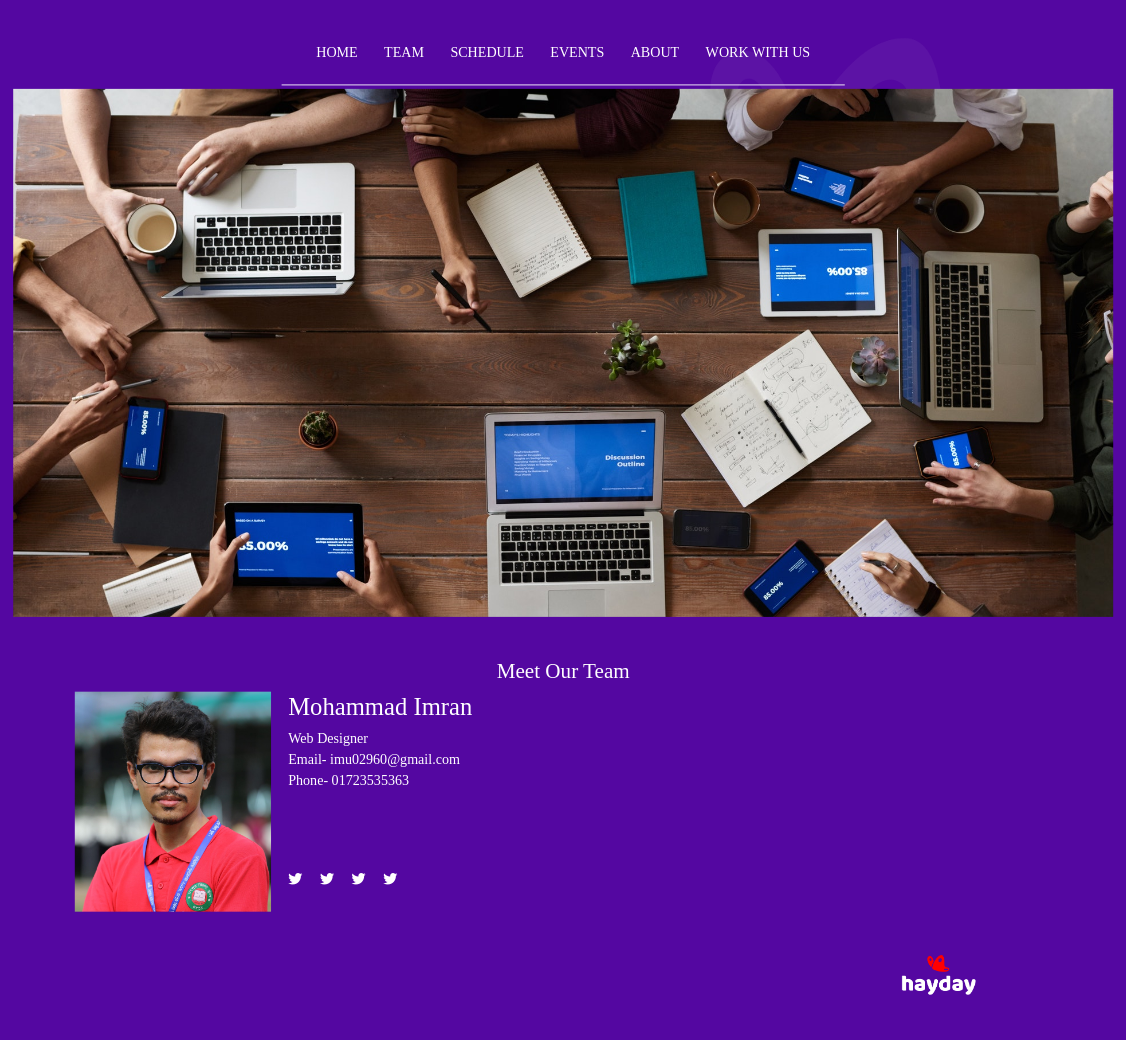
Repository: im1971/company-web
Page: team.html
These files come from the project's save history. The page is drawn as it stood at one moment and after the next save; the edit follows.
The browser window is 1280 px wide. The pictures show the whole page, at 88% of full size.
Some web fonts or font styles are not loaded; a fallback is used.

Above is the page before, as saved 2020-01-27 17:36:30.

### team.html
<!DOCTYPE html>
<html>

<head>
    <title>hayday</title>
    <link rel="shortcut icon" type="img/x-icon" href="img/fav.png" />
    <link rel="stylesheet" href="css/mdb.min.css">
    <link rel="stylesheet" href="css/bootstrap.min.css">
    <link rel="stylesheet" href="css/fontawesome.min.css">
    <link rel="stylesheet" href="css/all.min.css">
    <link rel="stylesheet" href="css/style.css">
    <!-- fonts -->
    <link href="https://fonts.googleapis.com/css?family=Baloo+Bhai&display=swap" rel="stylesheet">
    <!-- fonts -->

</head>

<body>

    <div class="wrap_hayday">
        <div class="back_img"></div>
        <div class="container-fluid">
            <div class="row justify-content-center pb-1">
                <div class="col-md-12">
                    <nav class="navbar navbar-expand-lg">
                        <button class="navbar-toggler" type="button" data-toggle="collapse" data-target="#navbarSupportedContent" aria-controls="navbarSupportedContent" aria-expanded="false" aria-label="Toggle navigation">
                          <span class="navbar-toggler-icon"></span>
                        </button>

                        <div class="collapse navbar-collapse" id="navbarSupportedContent">

                            <ul class="navbar-nav m-auto text-uppercase">
                                <li class="nav-item active">
                                    <a class="nav-link" href="index.html">Home</a>
                                </li>
                                <li class="nav-item">
                                    <a class="nav-link" href="team.html">Team</a>
                                </li>
                                <li class="nav-item">
                                    <a class="nav-link" href="#">SCHEDULE</a>
                                </li>
                                <li class="nav-item">
                                    <a class="nav-link" href="#">Events</a>
                                </li>
                                <li class="nav-item">
                                    <a class="nav-link" href="#">About</a>
                                </li>
                                <li class="nav-item">
                                    <a class="nav-link" href="workWithUs.html">Work With us</a>
                                </li>
                            </ul>
                        </div>
                    </nav>
                </div>
                <div class="col-md-6 border_deco pt-3"></div>
            </div>
            <div class="row justify-content-center team">
                <div class="col-md-12 grid">
                    <div class="team_image"></div>
                </div>
                <div class="col-md-12 mt-5">
                    <div class="container">
                        <h4 class="text-center">Meet Our Team</h4>
                        <div class="custom_border"></div>
                        <div class="row team_deco">
                            <div class="col-md-6">
                                <div class="row">
                                    <div class="col-md-5 pr-0">
                                        <div class="team_member_image"></div>
                                    </div>
                                    <div class="col-md-7 pl-0">
                                        <!-- <div class="card"> -->
                                        <div class="card-body">
                                            <h3>Mohammad Imran</h3>
                                            <p>Web Designer</p>
                                            <p>Email- imu02960@gmail.com</p>
                                            <p>Phone- 01723535363</p>
                                            <ul>
                                                <li><i class="fab fa-twitter"></i></li>
                                                <li><i class="fab fa-twitter"></i></li>
                                                <li><i class="fab fa-twitter"></i></li>
                                                <li><i class="fab fa-twitter"></i></li>
                                            </ul>
                                        </div>
                                        <!-- <div class="card-footer"> -->

                                        <!-- </div> -->
                                        <!-- </div> -->
                                    </div>
                                </div>
                            </div>
                        </div>
                    </div>
                </div>
            </div>
            <div class="row justify-content-end my-5">
                <div class="col-md-4 m-autp">
                    <div class="middle_body">
                        <div class="logo">
                            <img src="img/logo.png" alt="" style="height: 50px">
                        </div>
                        <!-- <p>Read about our Inspiration</p> -->
                    </div>
                </div>
            </div>
        </div>
    </div>
    </div>



    <!-- <script src="https://code.jquery.com/jquery-3.4.1.slim.min.js" integrity="sha384-J6qa4849blE2+poT4WnyKhv5vZF5SrPo0iEjwBvKU7imGFAV0wwj1yYfoRSJoZ+n" crossorigin="anonymous"></script>
    <script src="https://cdn.jsdelivr.net/npm/popper.js@1.16.0/dist/umd/popper.min.js" integrity="sha384-Q6E9RHvbIyZFJoft+2mJbHaEWldlvI9IOYy5n3zV9zzTtmI3UksdQRVvoxMfooAo" crossorigin="anonymous"></script>
    <script src="https://stackpath.bootstrapcdn.com/bootstrap/4.4.1/js/bootstrap.min.js" integrity="sha384-wfSDF2E50Y2D1uUdj0O3uMBJnjuUD4Ih7YwaYd1iqfktj0Uod8GCExl3Og8ifwB6" crossorigin="anonymous"></script> -->

    <script type="text/javascript" src="js/jquery.min.js"></script>
    <!-- Bootstrap tooltips -->
    <script type="text/javascript" src="js/popper.min.js"></script>
    <!-- Bootstrap core JavaScript -->
    <script type="text/javascript" src="js/bootstrap.min.js"></script>
    <!-- MDB core JavaScript -->
    <script type="text/javascript" src="js/mdb.min.js"></script>


</body>

</html>

### css/style.css
body {
    padding: 0;
    margin: 0;
    background: #5407A1 !important;
    color: #fff !important;
    font-family: 'Baloo Bhai', cursive;
    position: relative;
}


/* global */

html {
    overflow: scroll;
    overflow-x: hidden;
}

::-webkit-scrollbar {
    width: 0px;
    /* Remove scrollbar space */
    background: transparent;
    /* Optional: just make scrollbar invisible */
}


/* Optional: show position indicator in red */

::-webkit-scrollbar-thumb {
    background: #FF0000;
}


/* global */

.back_img {
    background-image: url(../img/back.png);
    height: 350px;
    width: 600px;
    position: absolute;
    background-position: center center;
    background-size: cover;
    opacity: 5%;
    /* top: 30%; */
    right: 0;
}


/* header */

.wrap_hayday .navbar {
    box-shadow: none;
}

.wrap_hayday .container-fluid {
    min-height: 100vh;
}

.wrap_hayday nav .nav-link {
    padding-right: 15px !important;
    padding-left: 15px !important;
    color: #fff;
    font-family: 'Baloo Bhai', cursive;
}

.wrap_hayday .border_deco {
    border-bottom: .25px solid #fff;
}

.wrap_hayday nav .nav-link:hover {
    color: #FF0000;
    transition-duration: 0.5s;
}

.wrap_hayday .navbar {
    padding: 40px;
    padding-bottom: 0;
}


/* header */


/* middle body */

.wrap_hayday .middle_body {
    text-align: center;
}

.wrap_hayday .middle_body .logo img {
    /* background-image: url(logo.png); */
    height: 100px;
}

.wrap_hayday .others_page_middle {
    text-align: center;
    position: absolute;
    right: 30px;
    bottom: 0;
}

.wrap_hayday .others_page_middle img {
    height: 70px;
}


/* middle body */


/* footer-body */

.myprogress {
    min-width: 100%;
    margin: 0px auto;
    text-align: center;
}

.myprogress .circle {
    display: inline-block;
    background: #fff;
    width: 50px;
    height: 50px;
    border-radius: 80px;
    border: 1px solid #d5d5da;
    cursor: pointer;
}

.myprogress .circle:hover {
    background: #FF0000;
    color: #5407A1;
    transition-duration: 0.5s;
}

.myprogress .bar {
    position: relative;
    width: 100px;
    padding-right: 15px;
    font-family: none;
    /* height: 2px; */
    /* top: 10px; */
    /* border: 0px solid #fff; */
}

.myprogress .circle .label {
    display: inline-block;
    width: 40px;
    height: 40px;
    line-height: 30px;
    border-radius: 40px;
    font-size: 24px;
}

.myprogress .circle .title {
    color: #5407A1;
    font-size: 24px;
    line-height: 50px;
    cursor: pointer;
}

.myprogress .circle .title:hover {
    color: #fff;
}

.myprogress i {
    font-size: 11px;
}

.myprogress .abc {
    animation: pulse 1s infinite;
    color: #FF0000;
}

.myprogress .pulse {
    -webkit-animation-duration: 3s;
    -webkit-animation-delay: 2s;
    -webkit-animation-iteration-count: 5;
}


/* footer-body */


/* about hayday */

.accordion .card-header {
    padding: 0;
    background: #5407A1;
    margin-bottom: 0;
}

.accordion .card-header .btn-link {
    color: #fff;
    padding: 0;
}

.accordion .card {
    border: none;
    border-radius: 0;
}

.accordion i {
    position: absolute;
    right: 10px;
    top: 5px;
}

.accordion p {
    color: #000;
    font-family: serif;
    font-size: 15px;
}

.accordion h4 {
    color: #000;
    font-family: serif;
    font-weight: 700 !important;
    font-size: 22px;
}


/* about hayday */


/* work with us */

.outreach table.table th,
table.table td {
    padding: 3px 20px;
    color: #fff;
    border: none;
    font-family: auto;
}


/* work with us */


/* team */

.team .team_image {
    background-image: url(../img/team/team-back.jpg);
    height: 600px;
    background-position: center center;
    background-size: cover;
}

.team_deco .team_member_image {
    background-image: url(../img/team/management/imran.jpg);
    height: 250px;
    background-size: cover;
    /* width: 200px; */
}

.team_deco .card-body {
    color: #fff;
    font-family: auto;
    height: 250px;
    padding-top: 0;
}

.team_deco p {
    margin-bottom: 0;
}

.team_deco ul {
    padding-left: 0;
    margin-bottom: 0;
    display: flex;
    list-style-type: none;
    position: absolute;
    bottom: 10%;
    color: #fff;
}

.team_deco ul li {
    padding-right: 20px;
}


/* team */

.sponsor_footer p {
    font-family: auto;
    font-size: 14px;
}

.sponsor_footer p b {
    color: #FF0000;
}

Loaded but not shown: css/mdb.min.css (library); css/bootstrap.min.css (library); css/fontawesome.min.css (library); css/all.min.css (library); js/jquery.min.js (library); js/popper.min.js (library); js/bootstrap.min.js (library); js/mdb.min.js (library)

After the next save:
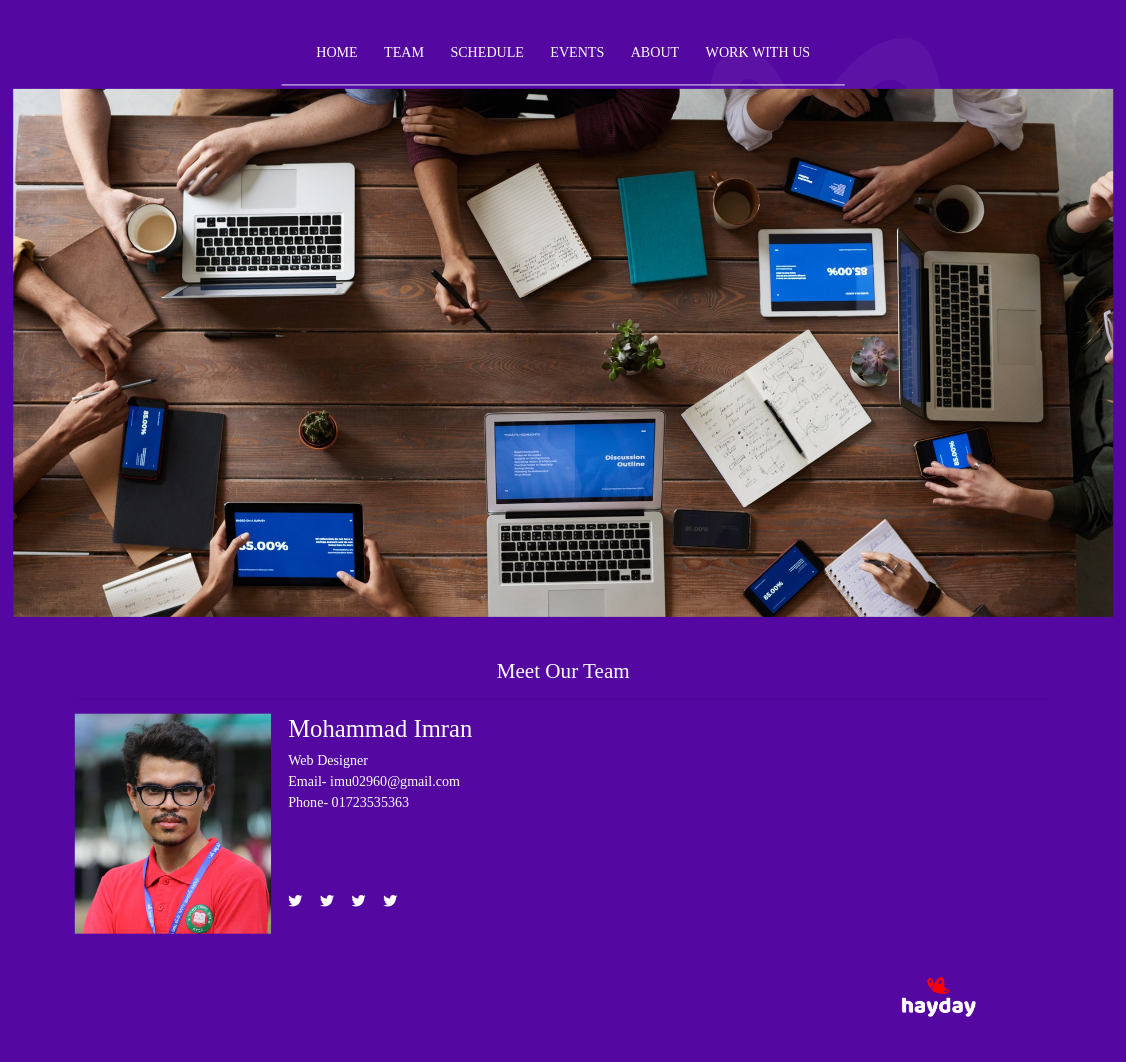
Saved 2 min 15 s later.
--- a/team.html
+++ b/team.html
@@ -61,7 +61,7 @@
                 <div class="col-md-12 mt-5">
                     <div class="container">
                         <h4 class="text-center">Meet Our Team</h4>
-                        <div class="custom_border"></div>
+                        <hr>
                         <div class="row team_deco">
                             <div class="col-md-6">
                                 <div class="row">
